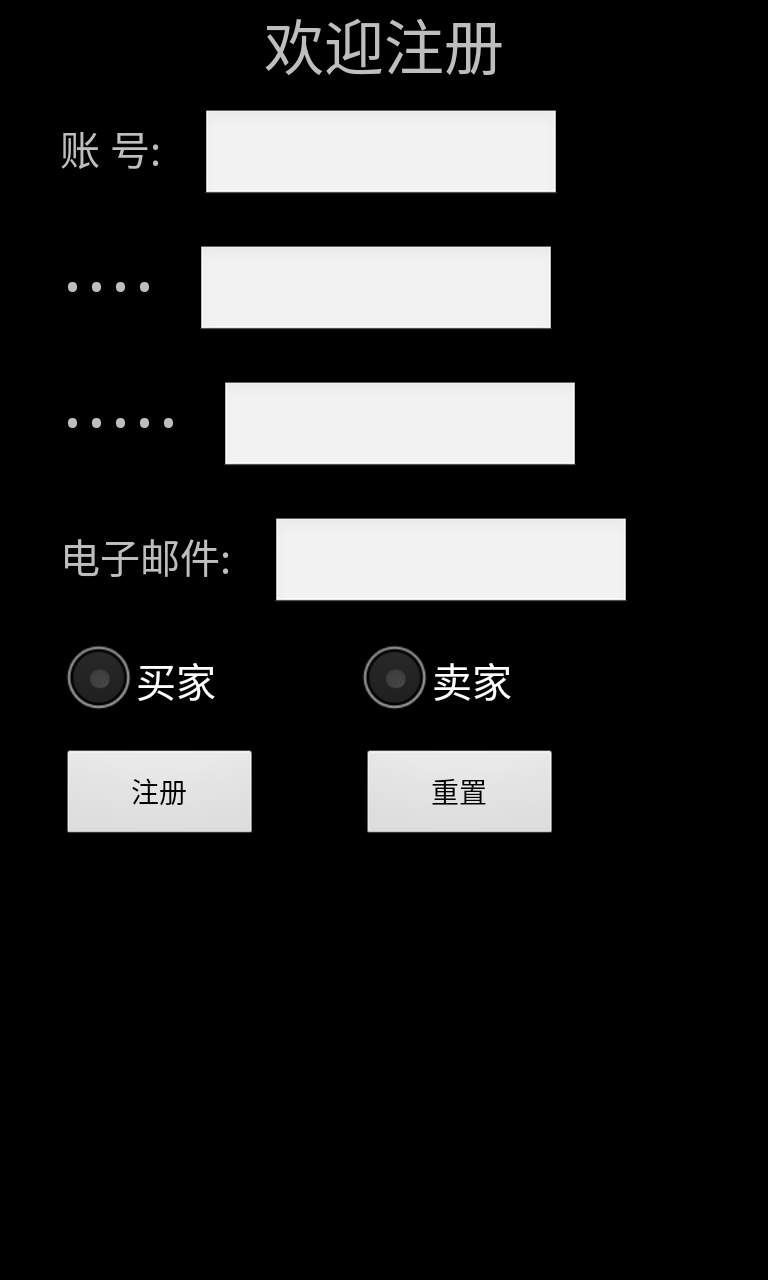
Repository: jcyfkimi/Android-TaoTao
Layout: TaoTao/res/layout/reg.xml
These files come from the project's save history. The layout is drawn as it stood at one moment and after the next save; the edit follows.
It is drawn on a 768 x 1280 px phone screen (xhdpi) without system bars, with theme android:Theme; the app's code is not run.

Above is the layout before, as saved 2011-09-13 07:36:40.

After the next save:
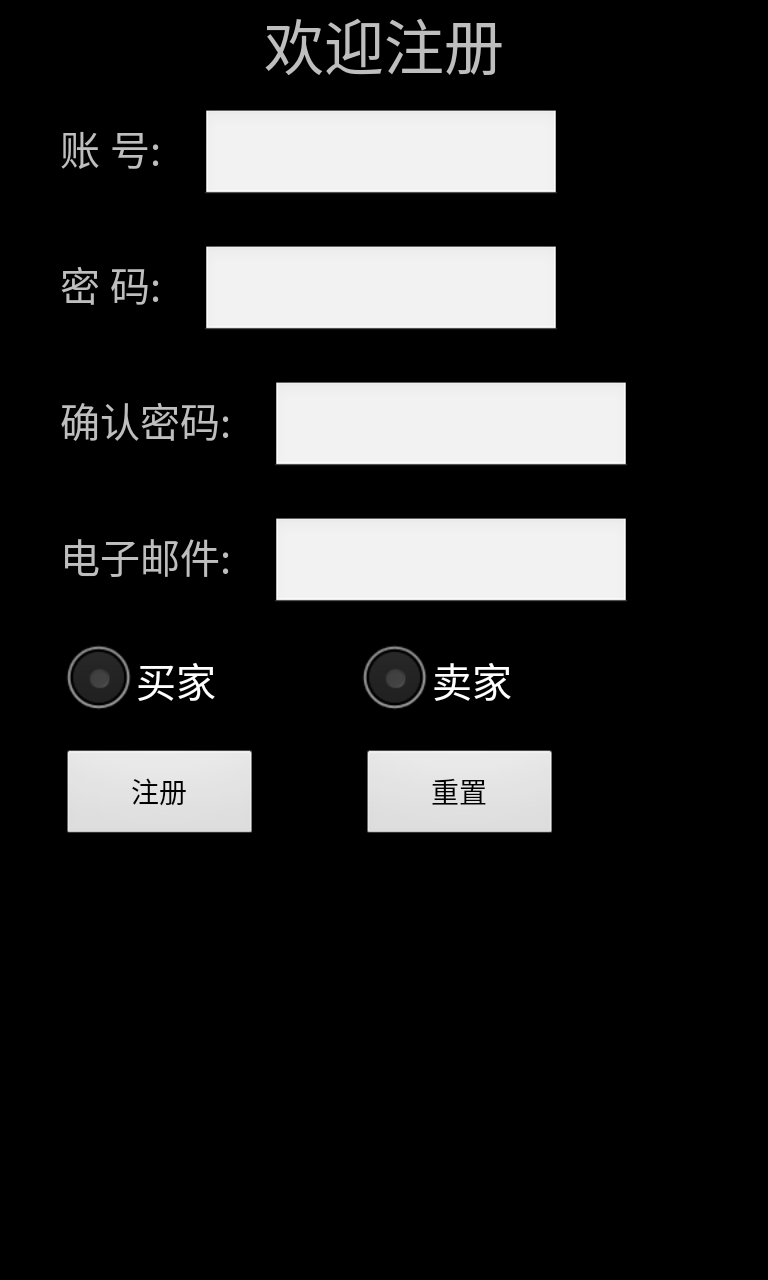
Saved 42 s later.
--- a/TaoTao/res/layout/reg.xml
+++ b/TaoTao/res/layout/reg.xml
@@ -38,7 +38,6 @@
 		  	android:layout_height="wrap_content"
 		  	android:layout_marginLeft="30dip"
 		  	android:layout_marginTop="10dip"
-		  	android:inputType="textPassword"
 		  	android:text="@string/regpass"
 		  	android:textSize="20dip"/>
 		  <EditText android:id="@+id/regpass"
@@ -58,12 +57,12 @@
 		  	android:layout_height="wrap_content"
 		  	android:layout_marginLeft="30dip"
 		  	android:layout_marginTop="10dip"
-		  	android:inputType="textPassword"
 		  	android:text="@string/regpasscfm"
 		  	android:textSize="20dip"/>
 		  <EditText android:id="@+id/regpasscfm"
 		  	android:layout_width="180dip"
 		  	android:layout_height="wrap_content"
+		  	android:inputType="textPassword"
 		  	android:layout_marginLeft="20dip"
 		  	android:layout_marginTop="10dip"/>
 	  </LinearLayout>
@@ -99,12 +98,12 @@
 		  	android:layout_marginLeft="30dip"
 		  	android:orientation="horizontal"
 		  	>
-		  		<RadioButton android:id="@+id/ubtype"
+		  		<RadioButton android:id="@+id/utype"
 		  			android:layout_width="wrap_content"
 		  			android:layout_height="wrap_content"
 		  			android:text="@string/rdobuyer"
 		  			android:textSize="20dip"/>
-		  		<RadioButton android:id="@+id/ustype"
+		  		<RadioButton android:id="@+id/utype"
 		  			android:layout_width="wrap_content"
 		  			android:layout_height="wrap_content"
 		  			android:layout_marginLeft="70dip"
